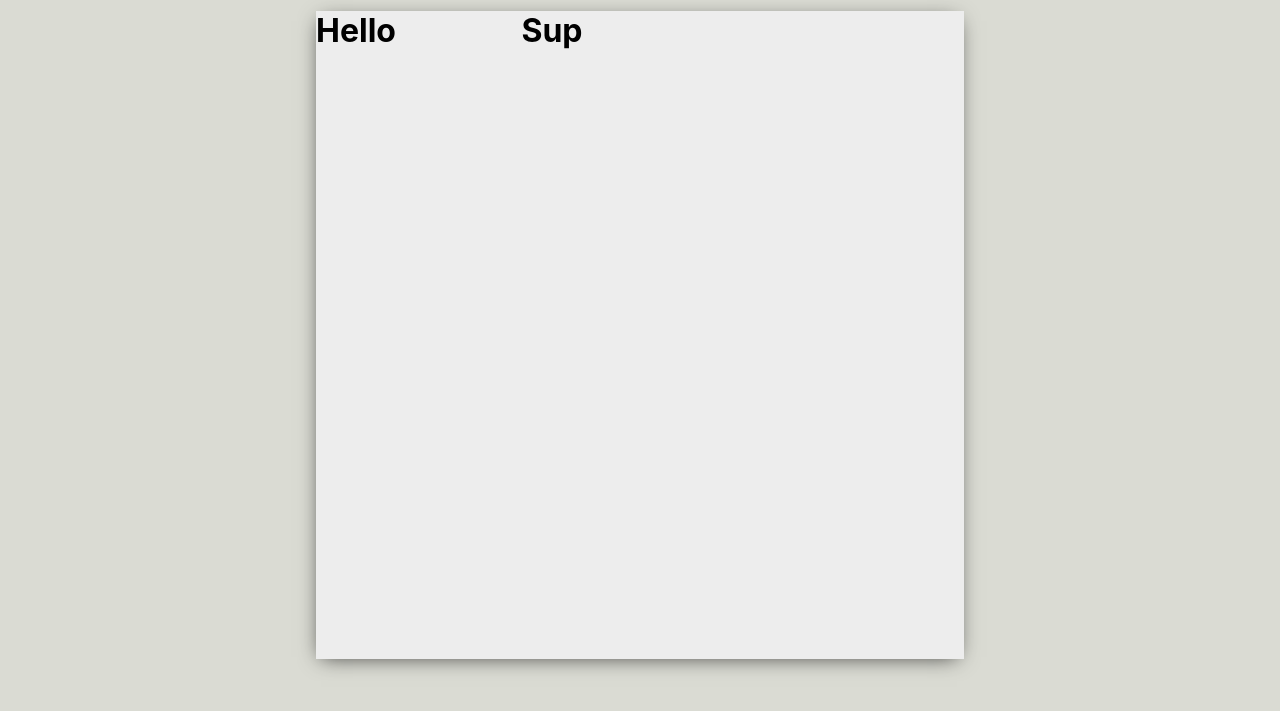
Repository: SayedJamil/WhatsappClone
Page: /
The author's editor kept a copy of each file at every save. The page is drawn from the files as they stood at one save, then again after the next save.
The browser window is 1280 px wide. The pictures show the whole page.
The project was rebuilt for these pictures with package versions that can differ from the ones it lists, and the page was loaded fresh each time.

Above is the page before, as saved 2021-06-22 22:44:03.

### src/App.js
import React from 'react';
import './App.css';
import Sidebar from './Sidebar';
import Chat from './Chat'
function App() {
  return (
    <div className="app">
      <div className="app_body">
        <Sidebar />
        <Chat />
      </div>

    </div>
  );
}

export default App;

### src/App.css
* {
  margin: 0;
  bottom: 0;
}

.app {
  display: grid;
  place-items: center;
  height: 100vh;
  background-color: #dadbd3;
}

.app_body {
  display: flex;
  background-color: #ededed;
  margin-top: -50px;
  height: 90vh;
  width: 90vh;
  box-shadow: -1px 4px 20px -6px rgba(0, 0, 0, 0.75);
}

### src/Sidebar.js
import React from 'react'
import './Sidebar.css'


function Sidebar() {
    return (
        <div className="sidebar">
            <h1>Hello </h1>
        </div>
    )
}

export default Sidebar

### src/Chat.js
import React from 'react'
import './Chat.css'
function Chat() {
    return (
        <div className="chat">
            <h1>Sup</h1>
        </div>
    )
}

export default Chat

### src/Sidebar.css
.sidebar {
  display: flex;
  flex-direction: column;
  flex: 0.35;
}

### src/Chat.css
.chat{
    display: flex;
    flex-direction: column;
    flex
}

Loaded but not shown: public/index.html (common file); src/index.js (common file); src/index.css (common file)

After the next save:
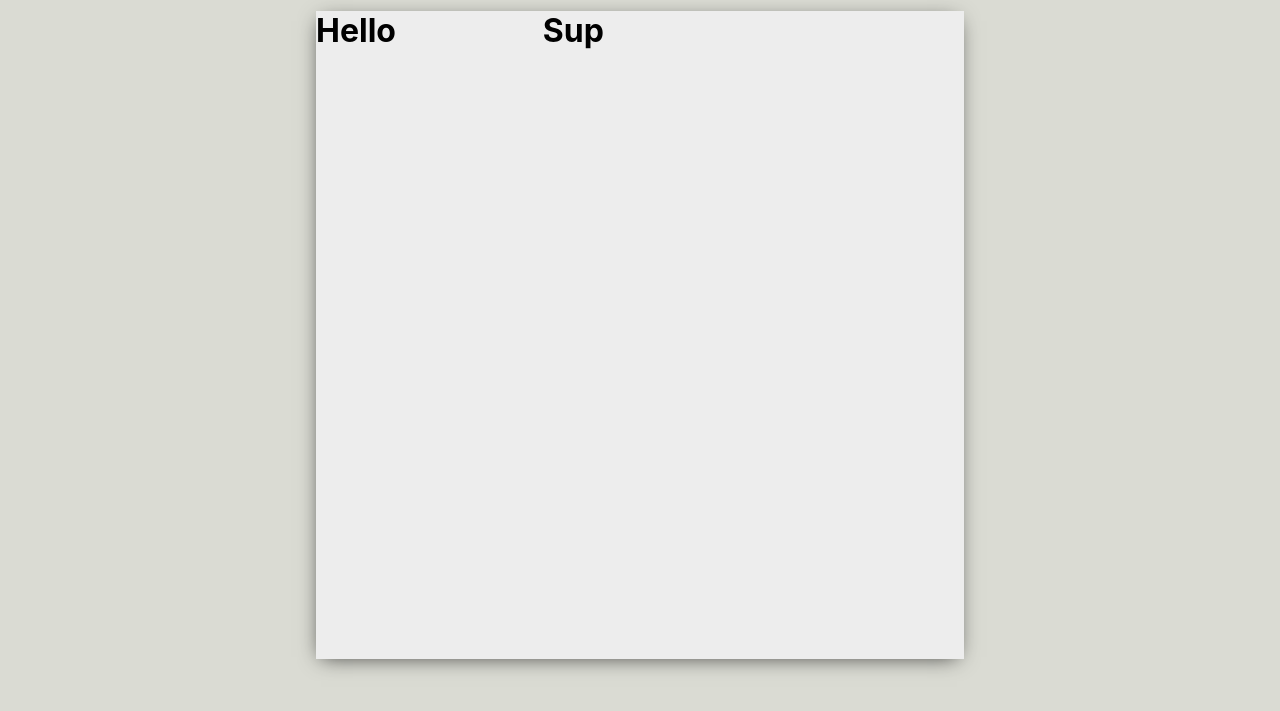
Saved 4 s later.
--- a/src/Chat.css
+++ b/src/Chat.css
@@ -1,5 +1,5 @@
-.chat{
-    display: flex;
-    flex-direction: column;
-    flex
+.chat {
+  display: flex;
+  flex-direction: column;
+  flex: 0.65;
 }
